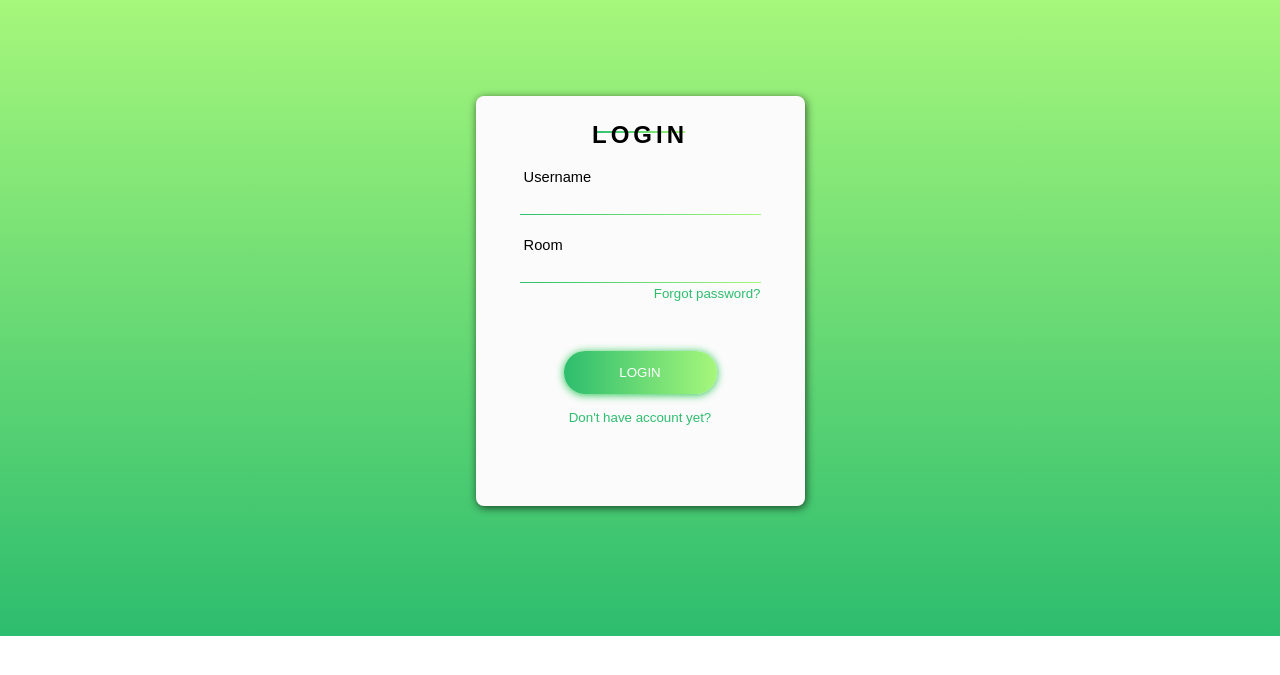
Repository: satyam12116/chat
Page: public/index.html
These files come from the project's save history. The page is drawn as it stood at one moment and after the next save; the edit follows.
The browser window is 1280 px wide. The pictures show the whole page.
Some web libraries are served in a nearby version.

Above is the page before, as saved 2023-03-26 10:50:50.

### public/index.html
<!DOCTYPE html>
<html lang="en">
	<head>
		<meta charset="UTF-8" />
		<meta name="viewport" content="width=device-width, initial-scale=1.0" />
		<meta http-equiv="X-UA-Compatible" content="ie=edge" />
		<link
			rel="stylesheet"
			href="https://cdnjs.cloudflare.com/ajax/libs/font-awesome/5.12.1/css/all.min.css"
			integrity="sha256-mmgLkCYLUQbXn0B1SRqzHar6dCnv9oZFPEC1g1cwlkk="
			crossorigin="anonymous"
		/>
		<link rel="stylesheet" href="css/style.css" />
		<title>ChatCord App</title>
	</head>
	<body>
		<!-- <div class="join-container">
			<header class="join-header">
				<h1><i class="fas fa-smile"></i> ChatCord</h1>
			</header>
			<main class="join-main">
				<form action="chat.html">
					<div class="form-control">
						<label for="username">Username</label>
						<input
							type="text"
							name="username"
							id="username"
							placeholder="Enter username..."
							required
						/>
					</div>
					<div class="form-control">
						<label for="room">Room</label>
						<select name="room" id="room">
							<option value="JavaScript">JavaScript</option>
							<option value="Python">Python</option>
							<option value="PHP">PHP</option>
							<option value="C#">C#</option>
							<option value="Ruby">Ruby</option>
							<option value="Java">Java</option>
						</select>
					</div>
					<button type="submit"class="glow-on-hover">Join Chat</button>
				</form>
			</main>
		</div> -->
		<div id="card">
			<div id="card-content">
			  <div id="card-title">
				<h2>LOGIN</h2>
				<div class="underline-title"></div>
			  </div>
			  <form method="post" class="form">
				<label for="user-email" style="padding-top:13px">
					&nbsp;Username
				  </label>
				<input id="user-email" class="form-content" type="email" name="email" autocomplete="on" required />
				<div class="form-border"></div>
				<label for="user-password" style="padding-top:22px">&nbsp;Room
				  </label>
				<input id="user-password" class="form-content" type="password" name="password" required />
				<div class="form-border"></div>
				<a href="#">
				  <legend id="forgot-pass">Forgot password?</legend>
				</a>
				<input id="submit-btn" type="submit" name="submit" value="LOGIN" />
				<a href="#" id="signup">Don't have account yet?</a>
			  </form>
			</div>
		  </div>
	</body>
</html>

### public/css/style.css
@import url('https://fonts.googleapis.com/css?family=Roboto&display=swap');

:root {
	--dark-color-a: #667aff;
	--dark-color-b: #7386ff;
	--light-color: #e6e9ff;
	--success-color: #5cb85c;
	--error-color: #d9534f;
}

* {
	box-sizing: border-box;
	margin: 0;
	padding: 0;
}

body {
	font-family: 'Roboto', sans-serif;
	font-size: 16px;
	background: var(--light-color);
	margin: 20px;
}

ul {
	list-style: none;
}

a {
	text-decoration: none;
}

.btn {
	cursor: pointer;
	padding: 5px 15px;
	background: var(--light-color);
	color: var(--dark-color-a);
	border: 0;
	font-size: 17px;
}

/* Chat Page */

.chat-container {
	max-width: 1100px;
	background: #fff;
	margin: 30px auto;
	overflow: hidden;
}

.chat-header {
	background: var(--dark-color-a);
	color: #fff;
	border-top-left-radius: 5px;
	border-top-right-radius: 5px;
	padding: 15px;
	display: flex;
	align-items: center;
	justify-content: space-between;
}

.chat-main {
	display: grid;
	grid-template-columns: 1fr 3fr;
}

.chat-sidebar {
	background: var(--dark-color-b);
	color: #fff;
	padding: 20px 20px 60px;
	overflow-y: scroll;
}

.chat-sidebar h2 {
	font-size: 20px;
	background: rgba(0, 0, 0, 0.1);
	padding: 10px;
	margin-bottom: 20px;
}

.chat-sidebar h3 {
	margin-bottom: 15px;
}

.chat-sidebar ul li {
	padding: 10px 0;
}

.chat-messages {
	padding: 30px;
	max-height: 500px;
	overflow-y: scroll;
}

.chat-messages .message {
	padding: 10px;
	margin-bottom: 15px;
	background-color: var(--light-color);
	border-radius: 5px;
	overflow-wrap: break-word;
}

.chat-messages .message .meta {
	font-size: 15px;
	font-weight: bold;
	color: var(--dark-color-b);
	opacity: 0.7;
	margin-bottom: 7px;
}

.chat-messages .message .meta span {
	color: #777;
}

.chat-form-container {
	padding: 20px 30px;
	background-color: var(--dark-color-a);
}

.chat-form-container form {
	display: flex;
}

.chat-form-container input[type='text'] {
	font-size: 16px;
	padding: 5px;
	height: 40px;
	flex: 1;
}

/* Join Page */
.join-container {
	max-width: 500px;
	margin: 80px auto;
	color: #fff;
}

.join-header {
	text-align: center;
	padding: 20px;
	background: var(--dark-color-a);
	border-top-left-radius: 5px;
	border-top-right-radius: 5px;
}

.join-main {
	padding: 30px 40px;
	background: var(--dark-color-b);
}

.join-main p {
	margin-bottom: 20px;
}

.join-main .form-control {
	margin-bottom: 20px;
}

.join-main label {
	display: block;
	margin-bottom: 5px;
}

.join-main input[type='text'] {
	font-size: 16px;
	padding: 5px;
	height: 40px;
	width: 100%;
}

.join-main select {
	font-size: 16px;
	padding: 5px;
	height: 40px;
	width: 100%;
}

.join-main .btn {
	margin-top: 20px;
	width: 100%;
}

@media (max-width: 700px) {
	.chat-main {
		display: block;
	}

	.chat-sidebar {
		display: none;
	}
}

.glow-on-hover {
	margin-left:150px;
	font-family: cursive;
	font-weight: bold;
    width: 120px;
    height: 50px;
    border: none;
    outline: none;
    color: black;
    background:rgb(211, 84, 84);
    cursor: pointer;
    position: relative;
    z-index: 0;
    border-radius: 10px;
}

.glow-on-hover:before {
    content: '';
    background: linear-gradient(45deg, #ff0000, #ff7300, #fffb00, #48ff00, #00ffd5, #002bff, #7a00ff, #ff00c8, #ff0000);
    position: absolute;
    top: -2px;
    left:-2px;
    background-size: 400%;
    z-index: -1;
    filter: blur(5px);
    width: calc(100% + 4px);
    height: calc(100% + 4px);
    animation: glowing 20s linear infinite;
    opacity: 0;
    transition: opacity .3s ease-in-out;
    border-radius: 10px;
}

.glow-on-hover:active {
    color:whitesmoke;
}

.glow-on-hover:active:after {
    background: transparent;
}

.glow-on-hover:hover:before {
    opacity: 1;
}

.glow-on-hover:after {
    z-index: -1;
    content: '';
    position: absolute;
    width: 100%;
    height: 100%;
    background: whitesmoke;
    left: 0;
    top: 0;
    border-radius: 10px;
}

@keyframes glowing {
    0% { background-position: 0 0; }
    50% { background-position: 400% 0; }
    100% { background-position: 0 0; }
}
a {
	text-decoration: none;
  }
  body {
	background: -webkit-linear-gradient(bottom, #2dbd6e, #a6f77b);
	background-repeat: no-repeat;
  }
  label {
	font-family: "Raleway", sans-serif;
	font-size: 11pt;
  }
  #forgot-pass {
	color: #2dbd6e;
	font-family: "Raleway", sans-serif;
	font-size: 10pt;
	margin-top: 3px;
	text-align: right;
  }
  #card {
	background: #fbfbfb;
	border-radius: 8px;
	box-shadow: 1px 2px 8px rgba(0, 0, 0, 0.65);
	height: 410px;
	margin: 6rem auto 8.1rem auto;
	width: 329px;
  }
  #card-content {
	padding: 12px 44px;
  }
  #card-title {
	font-family: "Raleway Thin", sans-serif;
	letter-spacing: 4px;
	padding-bottom: 23px;
	padding-top: 13px;
	text-align: center;
  }
  #signup {
	color: #2dbd6e;
	font-family: "Raleway", sans-serif;
	font-size: 10pt;
	margin-top: 16px;
	text-align: center;
  }
  #submit-btn {
	background: -webkit-linear-gradient(right, #a6f77b, #2dbd6e);
	border: none;
	border-radius: 21px;
	box-shadow: 0px 1px 8px #24c64f;
	cursor: pointer;
	color: white;
	font-family: "Raleway SemiBold", sans-serif;
	height: 42.3px;
	margin: 0 auto;
	margin-top: 50px;
	transition: 0.25s;
	width: 153px;
  }
  #submit-btn:hover {
	box-shadow: 0px 1px 18px #24c64f;
  }
  .form {
	align-items: left;
	display: flex;
	flex-direction: column;
  }
  .form-border {
	background: -webkit-linear-gradient(right, #a6f77b, #2ec06f);
	height: 1px;
	width: 100%;
  }
  .form-content {
	background: #fbfbfb;
	border: none;
	outline: none;
	padding-top: 14px;
  }
  .underline-title {
	background: -webkit-linear-gradient(right, #a6f77b, #2ec06f);
	height: 2px;
	margin: -1.1rem auto 0 auto;
	width: 89px;
  }

After the next save:
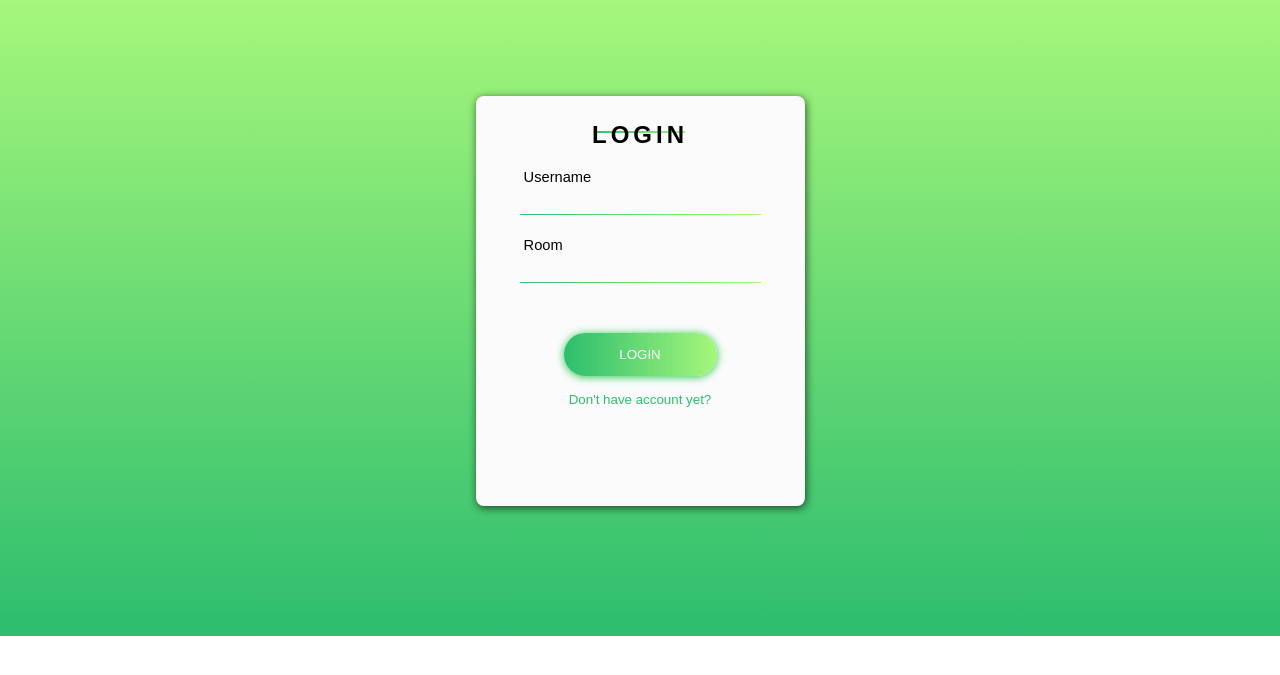
Saved 16 s later.
--- a/public/index.html
+++ b/public/index.html
@@ -61,9 +61,9 @@
 				  </label>
 				<input id="user-password" class="form-content" type="password" name="password" required />
 				<div class="form-border"></div>
-				<a href="#">
+				<!-- <a href="#">
 				  <legend id="forgot-pass">Forgot password?</legend>
-				</a>
+				</a> -->
 				<input id="submit-btn" type="submit" name="submit" value="LOGIN" />
 				<a href="#" id="signup">Don't have account yet?</a>
 			  </form>
